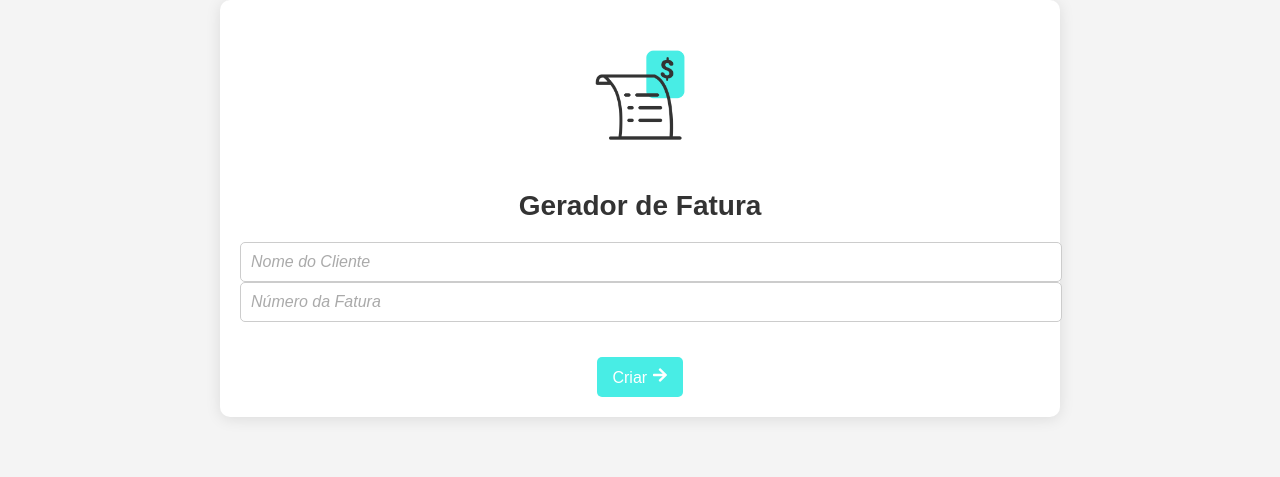
Repository: thmedu/Gerador-de-Faturas
Page: /
These files come from the project's save history. The page is drawn as it stood at one moment and after the next save; the edit follows.
The browser window is 1280 px wide. The pictures show the whole page.
The project was rebuilt for these pictures with package versions that can differ from the ones it lists, and the page was loaded fresh each time. Also part of the build but not shown: vite.config.js, src/Componete/Template.jsx.

Above is the page before, as saved 2024-07-16 19:15:26.

After the next save:
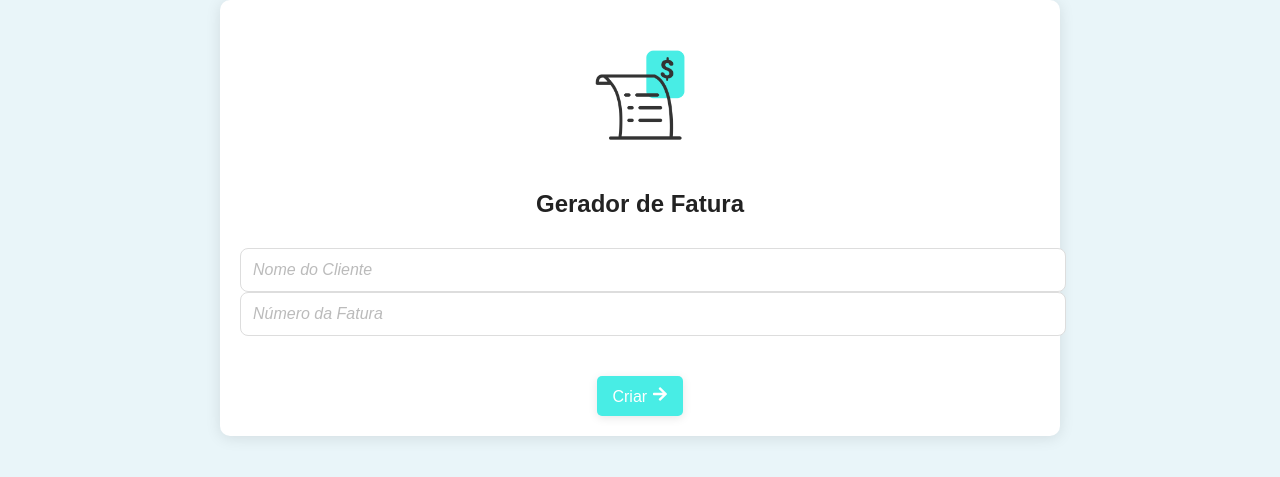
Saved 2 min 28 s later.
--- a/src/App.css
+++ b/src/App.css
@@ -1,6 +1,7 @@
+/* App.css */
 body {
   font-family: 'Arial', sans-serif;
-  background-color: #f4f4f4; /* Fundo leve */
+  background-color: #e9f5f9; /* Fundo suave */
   margin: 0;
   padding: 0;
 }
@@ -8,16 +9,18 @@ body {
 .container {
   max-width: 500px;
   margin: 100px auto; /* Centralização */
-  padding: 20px;
+  padding: 30px;
   background: white; /* Estilo de cartão */
-  border-radius: 10px; /* Cantos arredondados */
-  box-shadow: 0 2px 10px rgba(0, 0, 0, 0.1); /* Sombra suave */
+  border-radius: 15px; /* Cantos arredondados */
+  box-shadow: 0 4px 20px rgba(0, 0, 0, 0.15); /* Sombra mais suave */
 }
 
 .title {
   text-align: center;
-  color: #333; /* Texto escuro */
-  margin-bottom: 20px;
+  color: #222; /* Texto escuro */
+  font-size: 24px; /* Tamanho da fonte maior */
+  margin-bottom: 30px; /* Espaço abaixo do título */
+  font-weight: bold; /* Negrito */
 }
 
 .form {
@@ -26,24 +29,30 @@ body {
 }
 
 .inputs {
-  margin-bottom: 15px;
+  margin-bottom: 20px;
 }
 
 input {
-  padding: 10px;
-  border: 1px solid #ccc; /* Borda leve */
-  border-radius: 5px; /* Cantos arredondados */
+  padding: 12px;
+  border: 1px solid #ddd; /* Borda leve */
+  border-radius: 8px; /* Cantos arredondados */
   font-size: 16px;
   width: 100%; /* Largura total */
+  transition: border-color 0.3s; /* Transição suave */
+}
+
+input:focus {
+  border-color: #48ede5; /* Cor ao focar no input */
+  outline: none; /* Remove a borda padrão do navegador */
 }
 
 input::placeholder {
-  color: #aaa; /* Cor do placeholder */
+  color: #bbb; /* Cor do placeholder */
   font-style: italic; /* Itálico para o placeholder */
 }
 
 input:disabled {
-  background-color: #e9ecef; /* Cinza claro */
+  background-color: #f1f1f1; /* Cinza claro */
 }
 
 .buttons {
@@ -56,12 +65,13 @@ button {
   background-color: #48ede5; /* Cor primária */
   color: white; /* Texto branco */
   border: none;
-  border-radius: 5px;
-  padding: 10px 20px;
+  border-radius: 8px; /* Cantos arredondados */
+  padding: 12px 24px;
   font-size: 16px;
   cursor: pointer;
   transition: background 0.3s, transform 0.3s;
   margin: 0 10px; /* Espaçamento lateral entre botões */
+  box-shadow: 0 2px 10px rgba(0, 0, 0, 0.1); /* Sombra leve */
 }
 
 button:hover {
@@ -71,4 +81,5 @@ button:hover {
 
 button:disabled {
   background-color: #c0c0c0; /* Cinza quando desabilitado */
+  cursor: not-allowed; /* Cursor de não permitido */
 }
